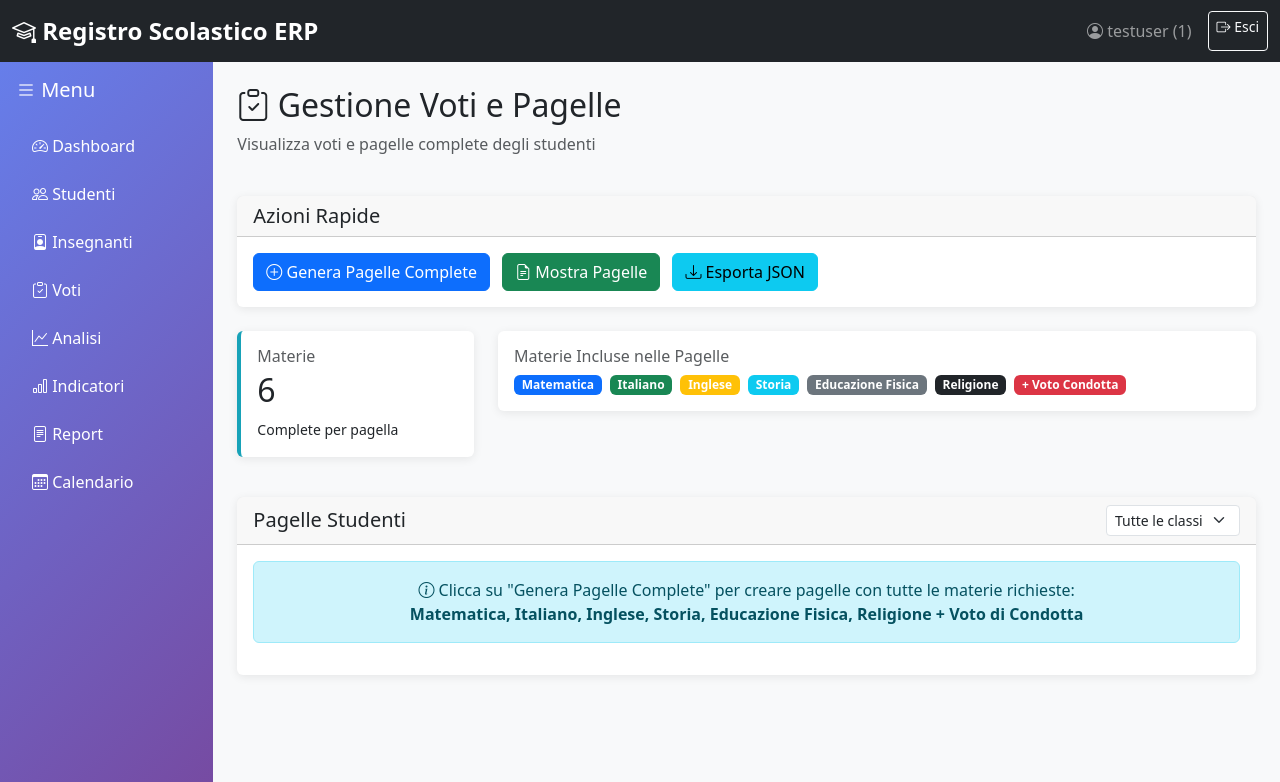
Repository: ballales1984-wq/ManagerSchool
Page: http://localhost/voti
These files come from the project's save history. The page is drawn as it stood at one moment and after the next save; the edit follows.
The browser window is 1280 px wide. The pictures show the whole page.
The page is served by the project's application, run on Flask 3 (interfaccia_erp.py). The session is filled in as if someone had signed in: {"username": "testuser", "ruolo": 1}.

Above is the page before, as saved 2025-10-28 07:14:59.

After the next save:
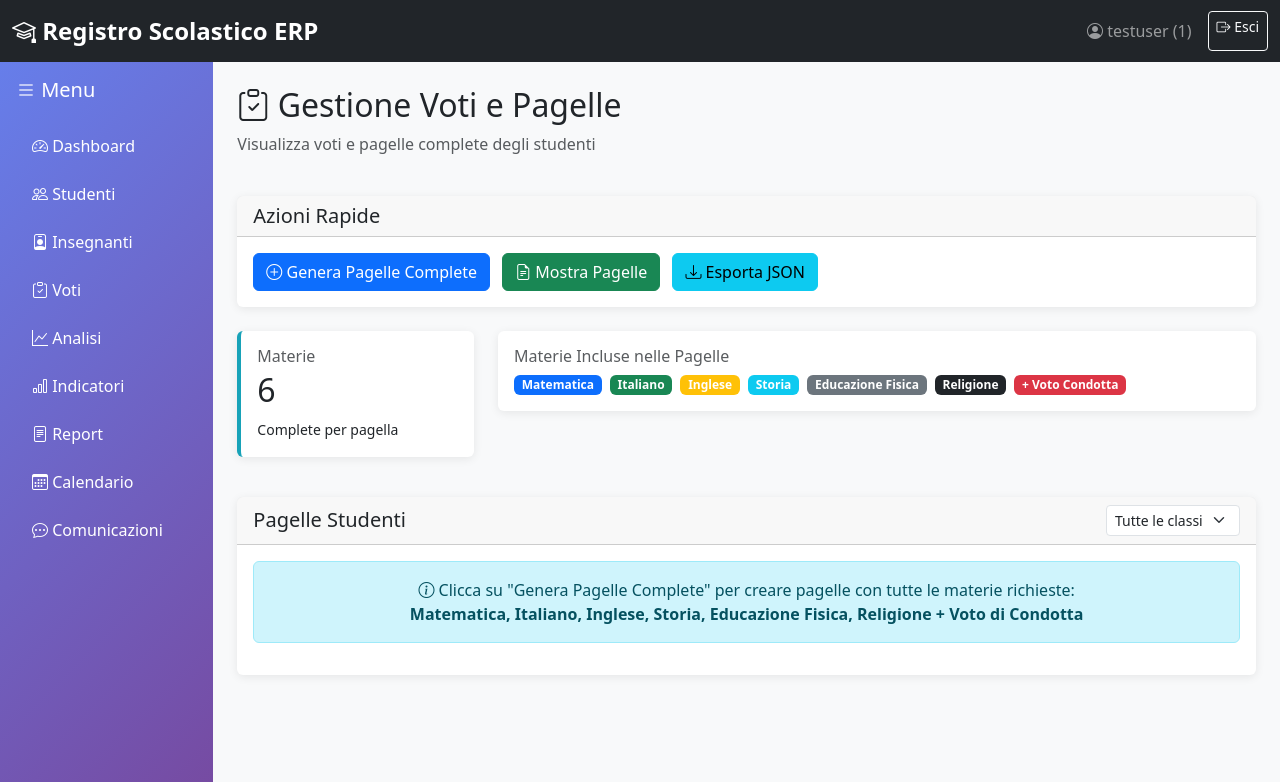
Saved 2 h 0 min later.
--- a/templates/base.html
+++ b/templates/base.html
@@ -110,6 +110,11 @@
                                     <i class="bi bi-calendar3"></i> Calendario
                                 </a>
                             </li>
+                            <li class="nav-item mb-2">
+                                <a class="nav-link text-white {% if request.endpoint == 'pagina_comunicazioni' %}active{% endif %}" href="/comunicazioni">
+                                    <i class="bi bi-chat-dots"></i> Comunicazioni
+                                </a>
+                            </li>
                         </ul>
                     </div>
                 </div>
